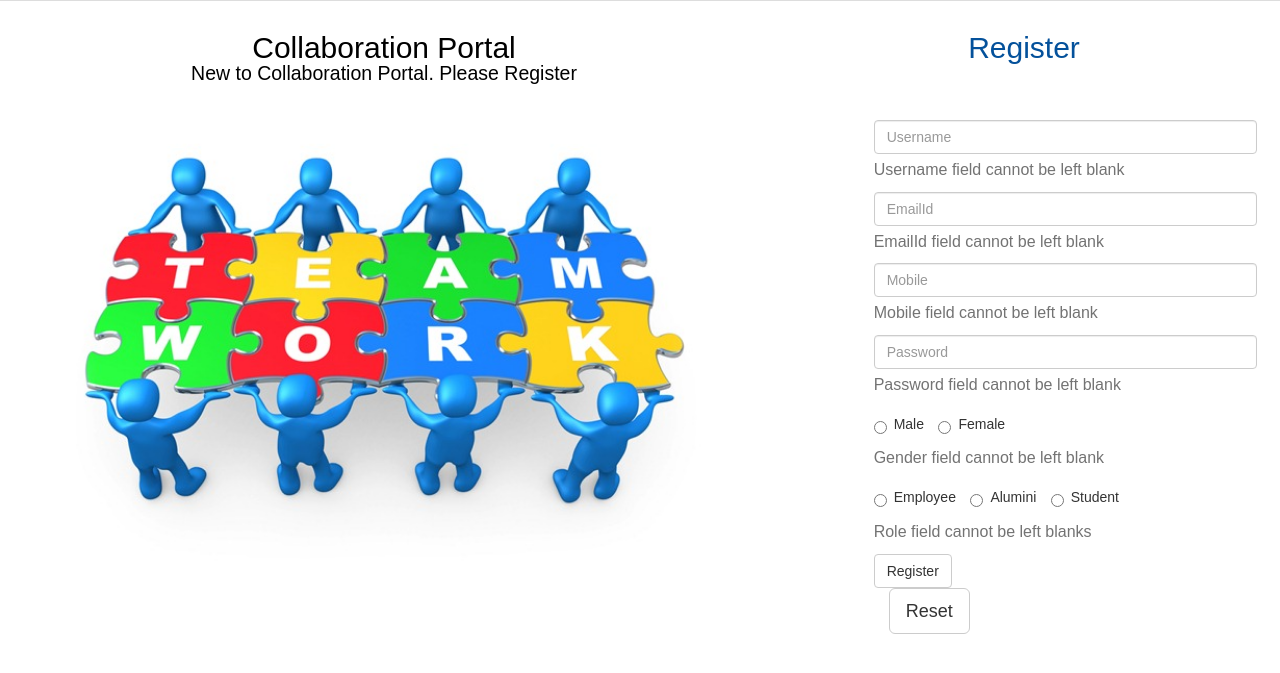
Repository: KaustubhKamat/CollaborationPlatform
Page: CollaborationFrontEnd/WebContent/c_user/Register.html
The author's editor kept a copy of each file at every save. The page is drawn from the files as they stood at one save, then again after the next save.
The browser window is 1280 px wide. The pictures show the whole page.
Some web libraries are served in a nearby version.

Above is the page before, as saved 2017-03-03 11:05:32.

### CollaborationFrontEnd/WebContent/c_user/Register.html
<html>
<head>
<meta charset="ISO-8859-1">
<title>Insert title here</title>
<link rel="stylesheet"
	href="https://maxcdn.bootstrapcdn.com/bootstrap/3.3.7/css/bootstrap.min.css">
<script
	src="https://ajax.googleapis.com/ajax/libs/jquery/1.12.4/jquery.min.js"></script>
<link rel="stylesheet"
	href="https://maxcdn.bootstrapcdn.com/font-awesome/4.4.0/css/font-awesome.min.css">
<script
	src="https://maxcdn.bootstrapcdn.com/bootstrap/3.3.7/js/bootstrap.min.js"></script>
	<script src="https://ajax.googleapis.com/ajax/libs/angularjs/1.4.8/angular.min.js"></script>
</head>
<body>

<head>

<link rel="stylesheet"
	href="https://maxcdn.bootstrapcdn.com/bootstrap/3.3.7/css/bootstrap.min.css">
<script
	src="https://ajax.googleapis.com/ajax/libs/jquery/3.1.1/jquery.min.js"></script>
<script
	src="https://maxcdn.bootstrapcdn.com/bootstrap/3.3.7/js/bootstrap.min.js"></script>
<style>
body {
	font-family: sans-serif;

}

form {
	margin: 25px auto;
	font-size: medium;
	padding: 10px 20px;
	border-radius: 10px;
	text-align: justify;
}

body {
	background:
}

h2 {
	text-align: center;
}

</style>
<meta http-equiv="Content-Type" content="text/html; charset=ISO-8859-1">
<title>Insert title here</title>
</head>

<body ng-app="">


<div ng-controller="UserController as ctrl">

<table class="table" style=" background: linear-gradient(white, lightred);">
<tr>
<td width="60%" valign="top" style="padding-top: 10px">
<center> <h2 style="color:black;">Collaboration Portal <br><small style="color:black;">New to Collaboration Portal. Please Register</small> </h2></center>
<center><img src="resources/Images/login.jpg" height="500px"></center>
</td>
<td width="40%" style="padding-top: 10px">
<h2 style="color:#04519b">Register</h2>

<br>
<br>
		<div class="form-group" ng-class="{'has-error' : form.username.$dirty && form.username.$error.required}">
    <div class="col-sm-offset-2 col-sm-10">
      <input type="text" class="form-control" placeholder="Username" ng-model="ctrl.user.username" id="username" name="username" required>
      <span ng-show="form.username.$dirty && form.username.$error.required" class="help-block">Username field cannot be left blank</span>
    </div>
  </div>

   <div class="form-group" ng-class="{'has-error' : form.emailId.$dirty && form.emailId.$error.required}">
    <div class="col-sm-offset-2 col-sm-10">
      <input type="email" class="form-control" placeholder="EmailId" ng-model="ctrl.user.emailId" id="emailId" name="emailId" required>
      <span ng-show="form.emailId.$dirty && form.emailId.$error.required" class="help-block">EmailId field cannot be left blank</span>
    </div>
  </div>

  <div class="form-group" ng-class="{'has-error' : form.mobile.$dirty && form.mobile.$error.required}">
    <div class="col-sm-offset-2 col-sm-10">
      <input type="text" class="form-control" placeholder="Mobile" ng-model="ctrl.user.mobile" id="mobile" name="mobile" required>
       <span ng-show="form.mobile.$dirty && form.mobile.$error.required" class="help-block">Mobile field cannot be left blank </span>
    </div>
  </div>

  <div class="form-group" ng-class="{'has-error' : form.password.$dirty && form.password.$error.required}">
    <div class="col-sm-offset-2 col-sm-10">
      <input type="password" class="form-control" placeholder="Password" ng-model="ctrl.user.password" id="password" name="password" required>
       <span ng-show="form.password.$dirty && form.password.$error.required" class="help-block">Password field cannot be left blank</span>
    </div>
  </div>

  <div class="form-group" ng-class="{'has-error' : form.gender.$dirty && form.gender.$error.required}">
   <div class="col-sm-offset-2 col-sm-10">
    <label class="radio-inline">
     <h5> <input type="radio" name="gender" ng-model="ctrl.user.gender" id="gender" ng-value="'Male'">Male</h5>
    </label>
    <label class="radio-inline">
   <h5>   <input type="radio" name="gender" ng-model="ctrl.user.gender" id="gender" ng-value="'Female'">Female</h5>
    </label>
          <span ng-show="form.gender.$dirty && form.gender.$error.required" class="help-block">Gender field cannot be left blank</span>

</div>

  <div class="form-group" ng-class="{'has-error' : form.role.$dirty && form.role.$error.required}">
   <div class="col-sm-offset-2 col-sm-10">
  <label class="radio-inline">
     <h5> <input type="radio" name="role" ng-model="ctrl.user.role" ng-value="'Employee'"  id="role">Employee</h5>
    </label>
    <label class="radio-inline">
   <h5>   <input type="radio" name="role" ng-model="ctrl.user.role" ng-value="'Alumini'" id="role">Alumini</h5>
    </label>
    <label class="radio-inline">
    <h5>  <input type="radio" name="role" ng-model="ctrl.user.role" ng-value="'Student'" id="role">Student</h5>
    </label>
    <span ng-show="form.role.$dirty && form.role.$error.required" class="help-block">Role field cannot be left blanks</span>
</div>
		<div class="form-group">
			<div class="col-sm-offset-2 col-sm-10">
				<input type="hidden" name="${_csrf.parameterName}"
					value="${_csrf.token}">
				<button type="submit" class="btn btn-default">Register</button>

		<div class="form-group">
    <div class="col-sm-6">
      <button type="submit" ng-click="ctrl.reset()" class="btn btn-default btn-lg">Reset</button>
</div>
			</div>
		</div>

		</div>
	</form>
	</div>
</td>

 </body>
 </html>

After the next save:
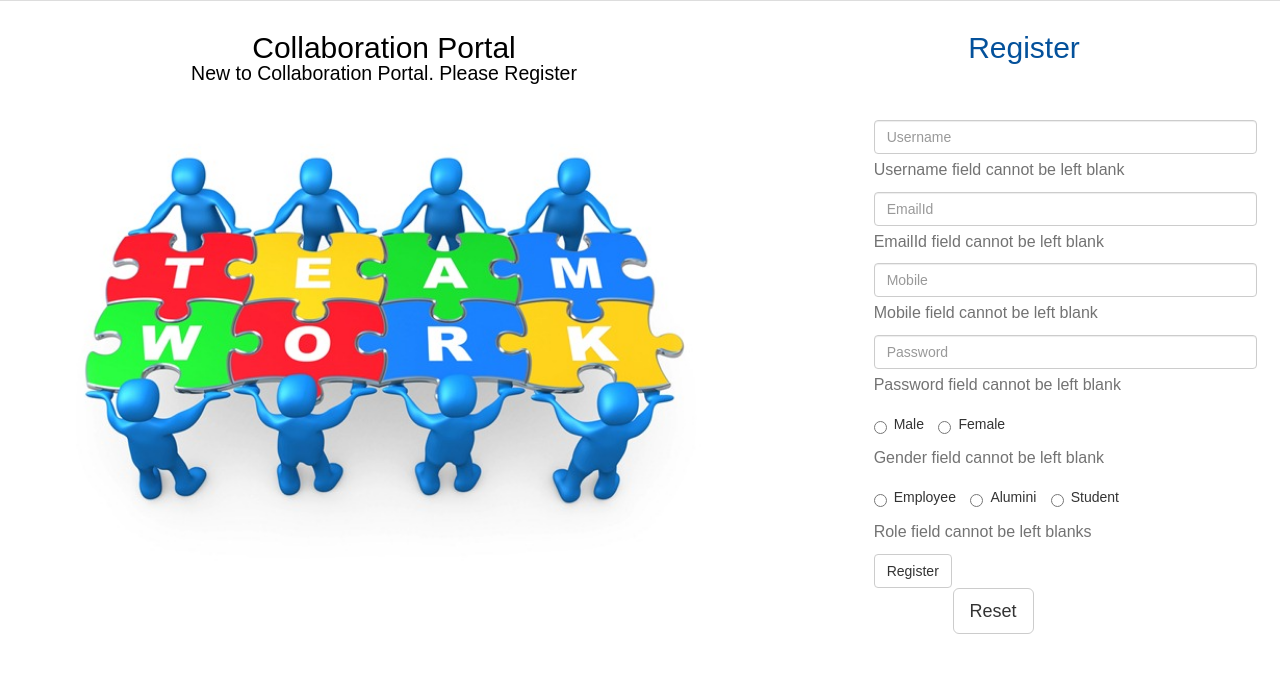
Saved 35 s later.
--- a/CollaborationFrontEnd/WebContent/c_user/Register.html
+++ b/CollaborationFrontEnd/WebContent/c_user/Register.html
@@ -125,7 +125,7 @@ h2 {
 				<button type="submit" class="btn btn-default">Register</button>
 
 		<div class="form-group">
-    <div class="col-sm-6">
+    <div class="col-sm-2 col-sm-offset-2 col-sm-10">
       <button type="submit" ng-click="ctrl.reset()" class="btn btn-default btn-lg">Reset</button>
 </div>
 			</div>
